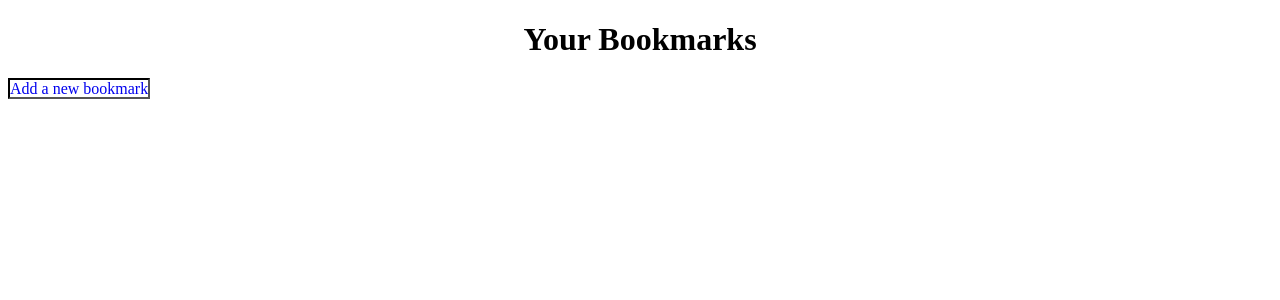
Repository: PA055/Manga-Bookmarks
Page: index.html
An editor plug-in stored every save of this project. The page is shown before and after the next save, followed by the edit.
The browser window is 1280 px wide. The pictures show the whole page.

Above is the page before, as saved 2023-03-11 10:56:51.

### index.html
<!DOCTYPE html>
<html lang="en">
  <head>
    <meta charset="utf-8" />
    <meta name="viewport" content="width=device-width, initial-scale=1" />
    <meta name="theme-color" content="#000000" />
    <title>New Bookmark</title>
    <link rel="stylesheet" href="./main.css">
  </head>
  <body>
    <noscript>You need to enable JavaScript to run this app.</noscript>
    <h1>Your Bookmarks</h1>
    <a href="new.html" class="button">Add a new bookmark</a>
    <div id="root"></div>
  </body>
</html>

### main.css
h1 {
    width: 100%;
    text-align: center;
}

.button {
    text-decoration: none;
    height: 50px;
    border: 2px black inset;

}

After the next save:
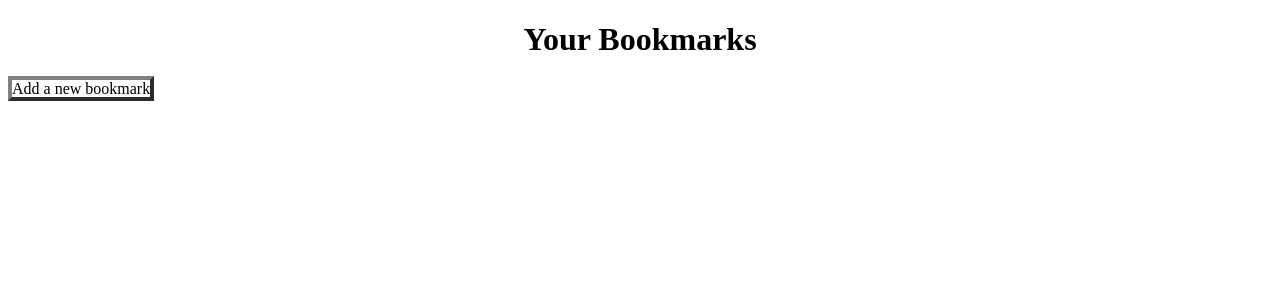
Saved 81 s later.
--- a/main.css
+++ b/main.css
@@ -6,6 +6,11 @@ h1 {
 .button {
     text-decoration: none;
     height: 50px;
-    border: 2px black inset;
+    border: 4px gray outset;
+    color: black;
 
 }
+
+.button:hover {
+    border-style: inset;
+}
